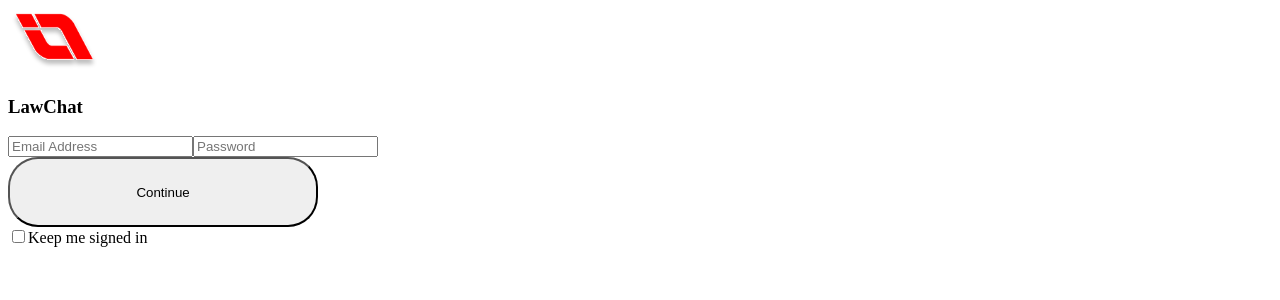
Repository: Nicktacku/LawChat
Page: / (app in lawchat/)
An editor plug-in stored every save of this project. The page is shown before and after the next save, followed by the edit.
The browser window is 1280 px wide. The pictures show the whole page.
The project was rebuilt for these pictures with package versions that can differ from the ones it lists, and the page was loaded fresh each time. Also part of the build but not shown: lawchat/src/pages/Home.js.

Above is the page before, as saved 2024-08-12 11:43:26.

### lawchat/src/App.js
import Home from "./pages/Home.js";
import Login from "./pages/Login.js";

function App() {
  return (
    <div className="App">
      <Login />
    </div>
  );
}

export default App;

### lawchat/src/pages/Login.js
import logo from "../images/logo.svg";
import Button from "../components/Button.js";

function Login() {
  return (
    <div className="container">
      <div className="login">
        <img src={logo} />
        <h3 className="h3">LawChat</h3>

        <form>
          <input type="email" placeholder="Email Address" />
          <input type="password" placeholder="Password" />
          <Button text="Continue"></Button>
          <input type="checkbox" />
          <label>Keep me signed in</label>
        </form>
      </div>
    </div>
  );
}

export default Login;

### lawchat/src/components/Button.js
import "../styles/button.css";

function Button(props) {
  return (
    <div>
      <button className="button">{props.text}</button>
    </div>
  );
}

export default Button;

### lawchat/src/styles/button.css
.button {
    border-radius: 30px;
    padding: 2% 10%;
}

Loaded but not shown: lawchat/public/index.html (common file); lawchat/src/index.js (common file)

After the next save:
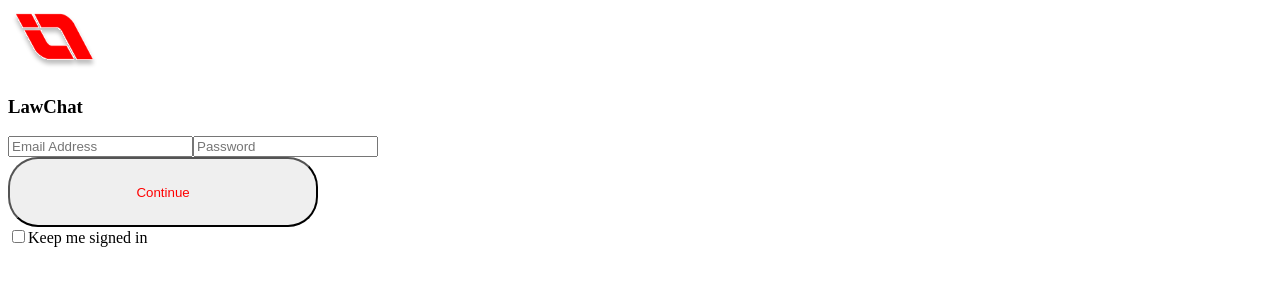
Saved 88 s later.
--- a/lawchat/src/styles/button.css
+++ b/lawchat/src/styles/button.css
@@ -1,4 +1,6 @@
 .button {
     border-radius: 30px;
     padding: 2% 10%;
+    color: #ff0000;
+    font-color: #ffffff;
 }
